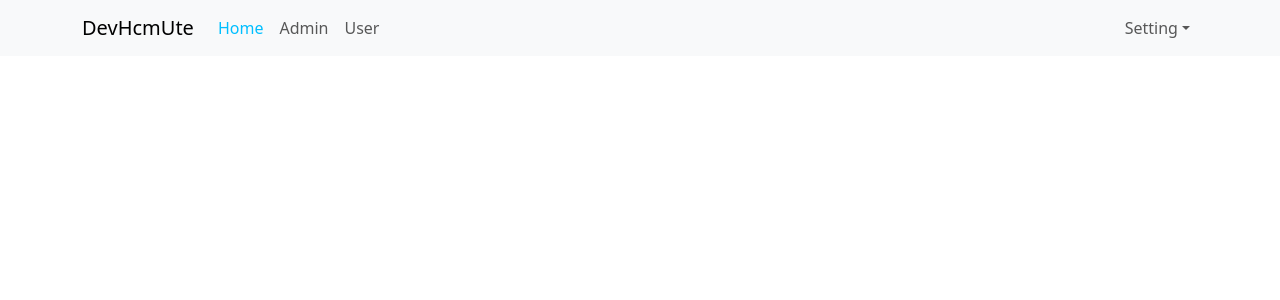
Repository: nnbxxx/React-Untimate
Page: /
These files come from the project's save history. The page is drawn as it stood at one moment and after the next save; the edit follows.
The browser window is 1280 px wide. The pictures show the whole page.
The project was rebuilt for these pictures with package versions that can differ from the ones it lists, and the page was loaded fresh each time. Also part of the build but not shown: src/components/Admin/Admin.js.

Above is the page before, as saved 2023-04-11 17:13:21.

### src/index.js
import React from "react";
import ReactDOM from "react-dom/client";
import App from "./App";
import reportWebVitals from "./reportWebVitals";
import { Provider } from "react-redux";
import store from "./redux/store";
import "bootstrap/dist/css/bootstrap.min.css";
import User from "./components/User/User";
import Admin from "./components/Admin/Admin";
import {
  createBrowserRouter,
  RouterProvider,
  BrowserRouter,
  Route,
  Routes,
} from "react-router-dom";
const root = ReactDOM.createRoot(document.getElementById("root"));
root.render(
  <Provider store={store}>
    {/* <React.StrictMode> */}
    <BrowserRouter>
      <Routes>
        <Route path='/' element={<App />}>
          <Route path='users' element={<User />} />
          <Route path='admins' element={<Admin />} />
        </Route>
      </Routes>
    </BrowserRouter>

    {/* </React.StrictMode> */}
  </Provider>
);

// If you want to start measuring performance in your app, pass a function
// to log results (for example: reportWebVitals(console.log))
// or send to an analytics endpoint. Learn more: https://bit.ly/CRA-vitals
reportWebVitals();

### src/App.js
import { Button } from "react-bootstrap";
import "./App.scss";
import Header from "./components/Header/Header";
import { Outlet } from "react-router-dom";

const App = () => {
  return (
    <div className='app-container'>
      <div className='header-container'>
        <Header />
      </div>
      <div className='main-container'>
        <div className='sidenav-container'></div>
      </div>
      <div className='app-content'>
        <Outlet />
      </div>
    </div>
  );
};

export default App;

### src/App.scss
body {
  padding: 0;
  margin: 0;
  font-family: -apple-system, BlinkMacSystemFont, "Segoe UI", "Roboto", "Oxygen",
    "Ubuntu", "Cantarell", "Fira Sans", "Droid Sans", "Helvetica Neue",
    sans-serif;
  -webkit-font-smoothing: antialiased;
  -moz-osx-font-smoothing: grayscale;
}
.app-container {
  .header-container {
    .navbar-nav {
      .nav-link {
        &.active {
          color: #00bfff;
        }
      }
    }
  }
}

### src/components/Header/Header.js
import Container from "react-bootstrap/Container";
import Nav from "react-bootstrap/Nav";
import Navbar from "react-bootstrap/Navbar";
import NavDropdown from "react-bootstrap/NavDropdown";
import { NavLink } from "react-router-dom";

const Header = () => {
  return (
    <Navbar bg='light' expand='lg'>
      <Container>
        <Navbar.Brand href='/'>DevHcmUte</Navbar.Brand>
        <Navbar.Toggle aria-controls='basic-navbar-nav' />
        <Navbar.Collapse id='basic-navbar-nav'>
          <Nav className='me-auto'>
            <NavLink to='/' className='nav-link'>
              Home
            </NavLink>
            <NavLink to='./admins' className='nav-link'>
              Admin
            </NavLink>
            <NavLink to='./users' className='nav-link'>
              User
            </NavLink>
          </Nav>
          <Nav>
            <NavDropdown title='Setting' id='basic-nav-dropdown'>
              <NavDropdown.Item href='#action/3.1'>Log in</NavDropdown.Item>
              <NavDropdown.Item href='#action/3.2'>Log out</NavDropdown.Item>
              <NavDropdown.Item href='#action/3.3'>Profile</NavDropdown.Item>
              <NavDropdown.Divider />
              <NavDropdown.Item href='#action/3.4'>
                Separated link
              </NavDropdown.Item>
            </NavDropdown>
          </Nav>
        </Navbar.Collapse>
      </Container>
    </Navbar>
  );
};

export default Header;

### src/components/User/User.js
const User = (props) => {
  return <div>User Components</div>;
};
export default User;

Loaded but not shown: public/index.html (common file); src/reportWebVitals.js (common file); src/redux/store.js (common file); src/redux/reducer/rootReducer.js (common file); src/redux/reducer/counterReducer.js (common file); src/redux/action/counterAction.js (common file)

After the next save:
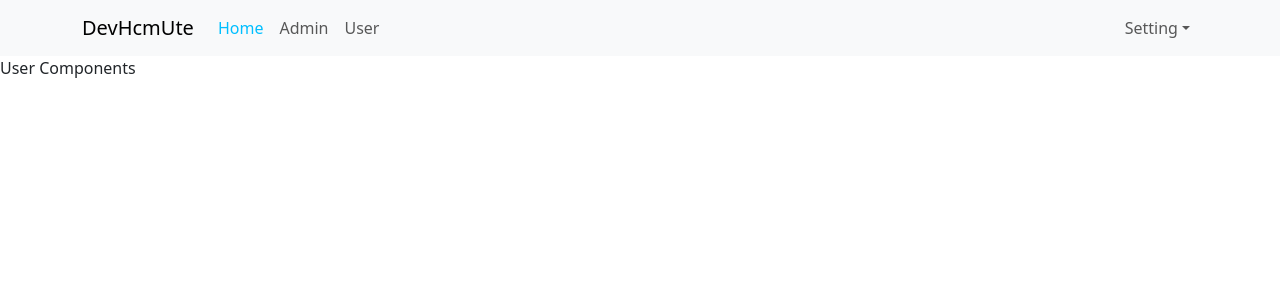
Saved 16 s later.
--- a/src/index.js
+++ b/src/index.js
@@ -21,6 +21,8 @@ root.render(
     <BrowserRouter>
       <Routes>
         <Route path='/' element={<App />}>
+          <Route index element={<User />} />
+
           <Route path='users' element={<User />} />
           <Route path='admins' element={<Admin />} />
         </Route>
